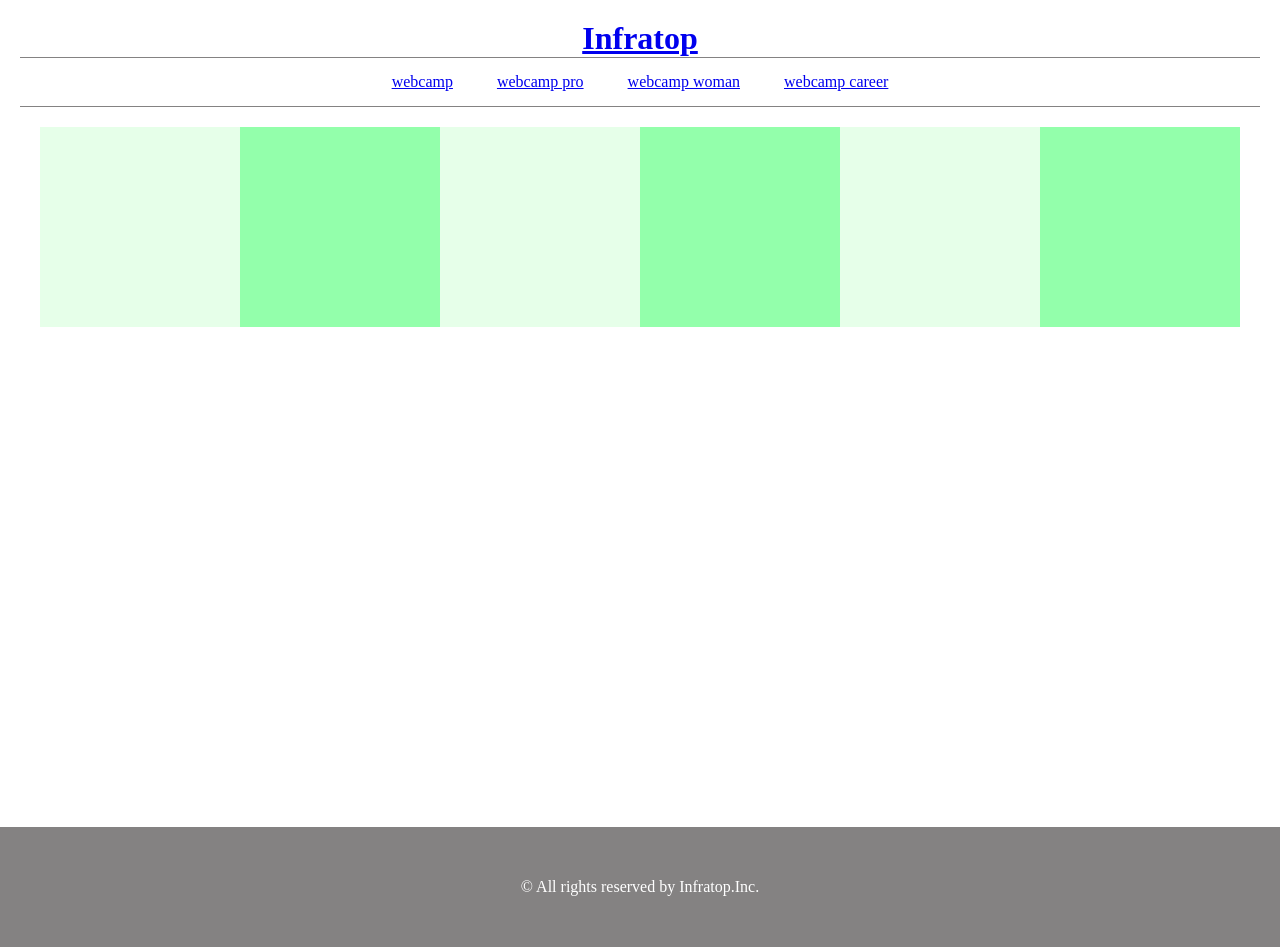
Repository: tkikokiko/webcamp-practice
Page: 1-5/index1-5.html
The author's editor kept a record of every edit. The page is drawn from the files as they stood at one moment, then again after the next edit.
The browser window is 1280 px wide. The pictures show the whole page.

Above is the page before.

After the next edit:
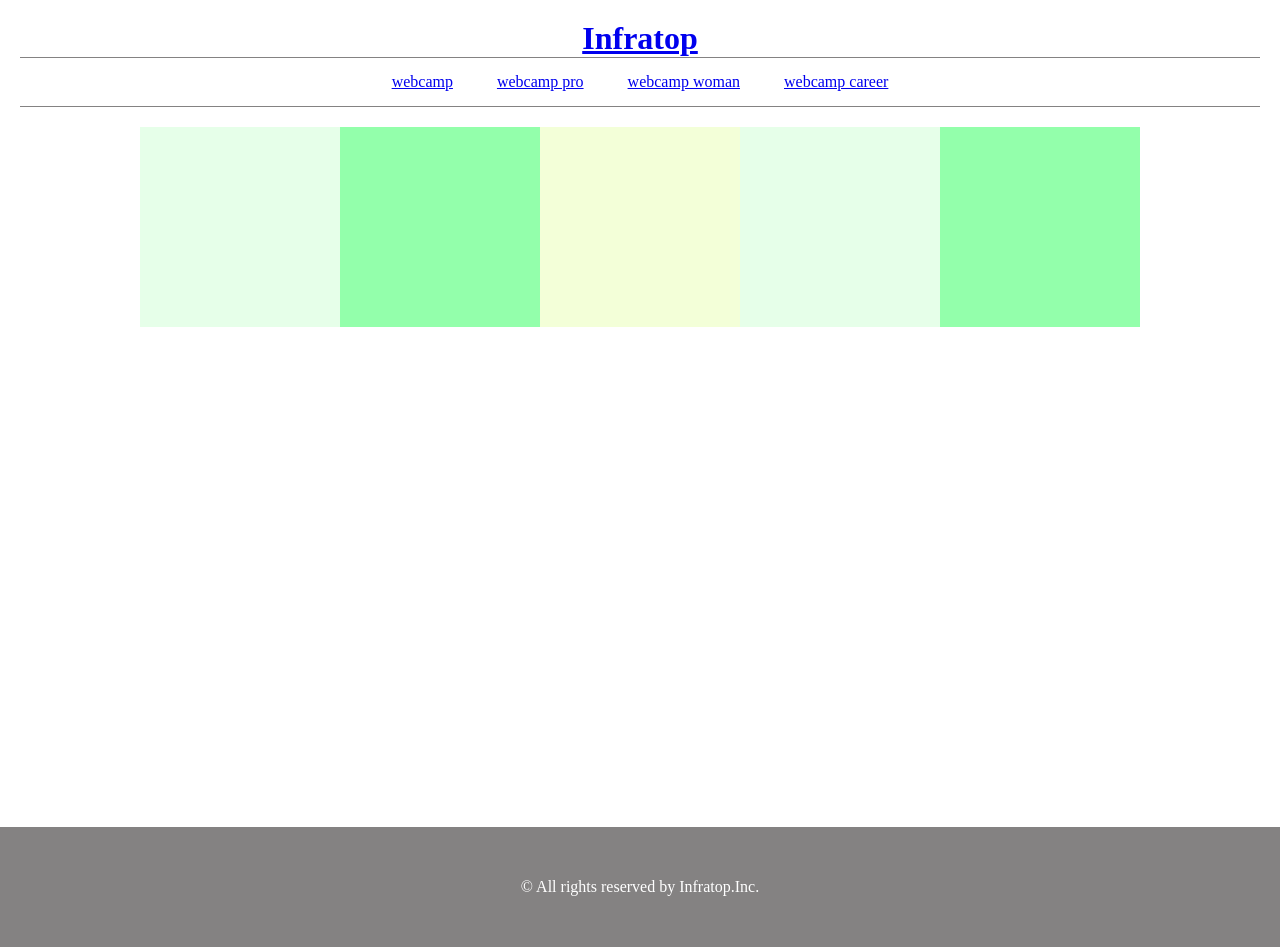
The edit:
--- a/1-5/index1-5.html
+++ b/1-5/index1-5.html
@@ -46,9 +46,9 @@
       <div class=box1-center></div>
       <div class=box1-right></div>
 
-      <div class=box1-left></div>
-      <div class=box1-center></div>
-      <div class=box1-right></div>
+      <div class=box2-left></div>
+      <div class=box2-center></div>
+      <div class=box2-right></div>
 
       <div class=box1-left></div>
       <div class=box1-center></div>
